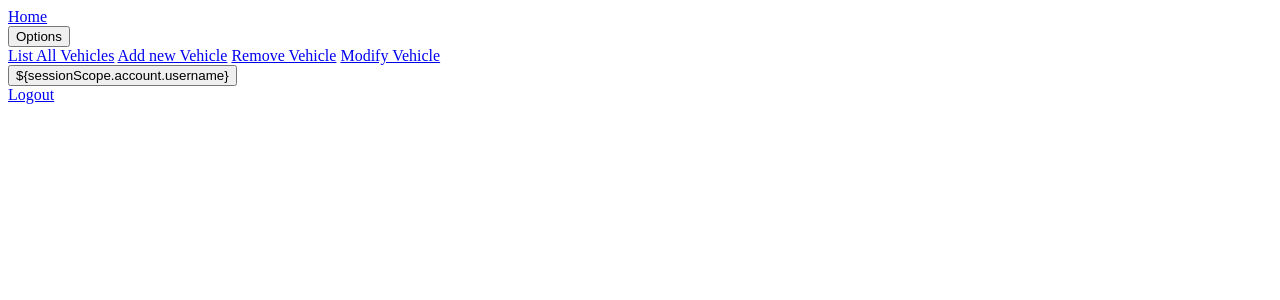
Repository: kensevv/nevexisDemos
Page: Car_Rental_Management_System/src/main/webapp/htmlTemplates/navigationBar.html
These files come from the project's save history. The page is drawn as it stood at one moment and after the next save; the edit follows.
The browser window is 1280 px wide. The pictures show the whole page.

Above is the page before, as saved 2021-03-26 09:59:51.

### Car_Rental_Management_System/src/main/webapp/htmlTemplates/navigationBar.html
<div class="navbar">
		<a href="home.jsp">Home</a>
		<div class="dropdown">
			<button class="dropbtn">
				Options <i class="fa fa-caret-down"></i>
			</button>
			<div class="dropdown-content">
				<a href="list">List All Vehicles</a>
				<a href="VehicleForm.jsp">Add new Vehicle</a>
				<a href="removeForm">Remove Vehicle</a>
				<a href="edit">Modify Vehicle</a>
			</div>
		</div>
		<div id="navUser" class = "dropdown">
			<button class = "dropbtn">
				${sessionScope.account.username} <i class="fa fa-caret-down"></i>
			</button>
			<div class="dropdown-content">
				<a href="login.jsp">Logout</a>
			</div>
		</div>
	</div>

After the next save:
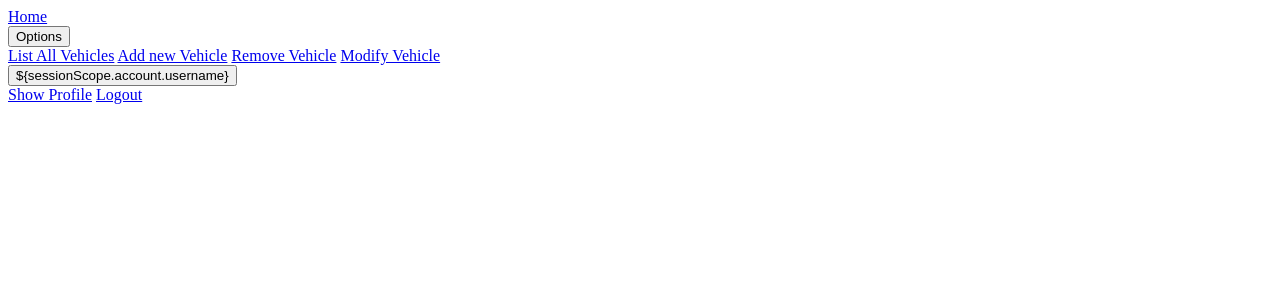
Saved 59 s later.
--- a/Car_Rental_Management_System/src/main/webapp/htmlTemplates/navigationBar.html
+++ b/Car_Rental_Management_System/src/main/webapp/htmlTemplates/navigationBar.html
@@ -16,6 +16,7 @@
 				${sessionScope.account.username} <i class="fa fa-caret-down"></i>
 			</button>
 			<div class="dropdown-content">
+			<a href="login.jsp">Show Profile</a>
 				<a href="login.jsp">Logout</a>
 			</div>
 		</div>
